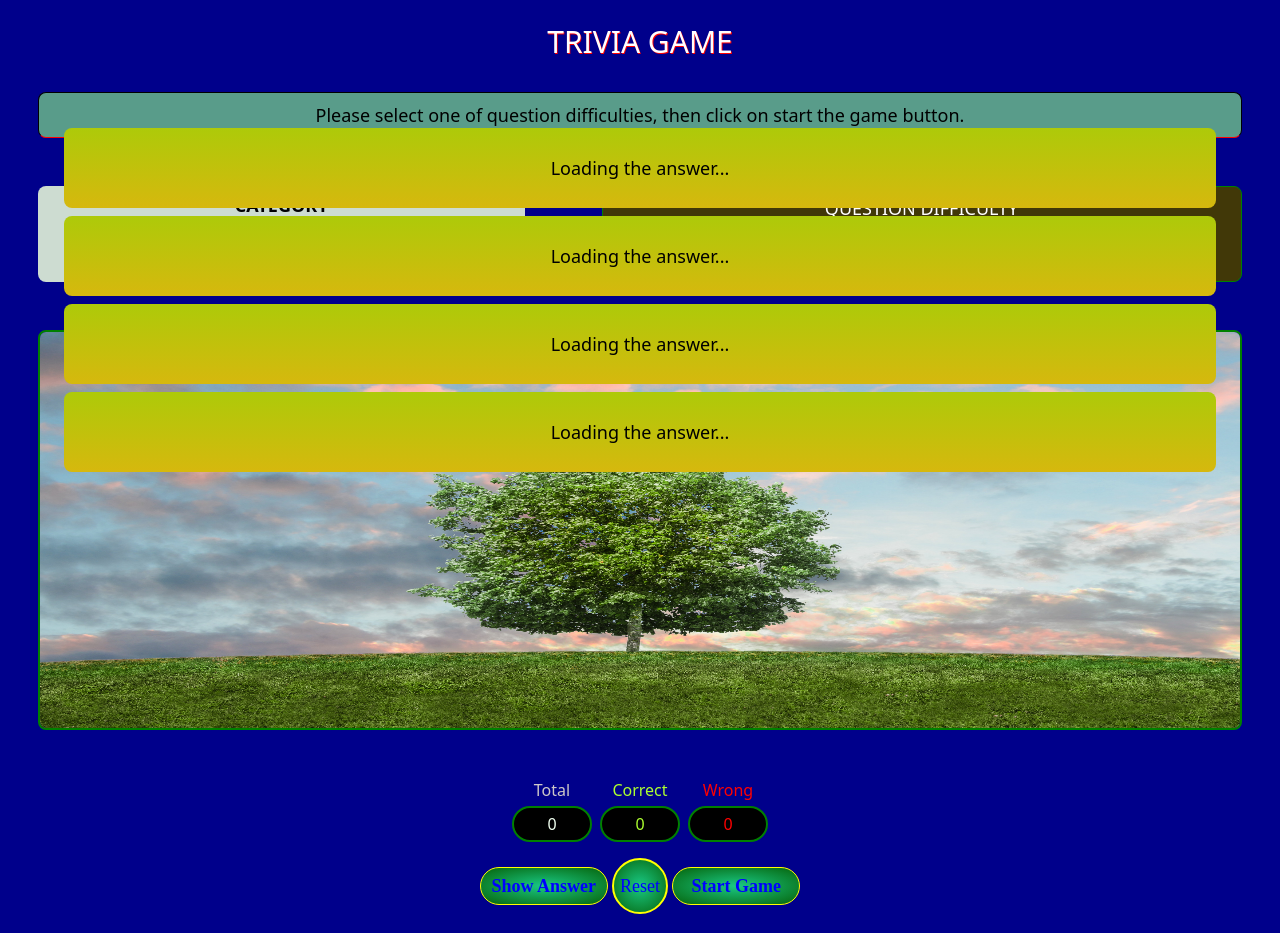
Repository: ShindanoSingi/bembe-trivia
Page: index.html
These files come from the project's save history. The page is drawn as it stood at one moment and after the next save; the edit follows.
The browser window is 1280 px wide. The pictures show the whole page.
Some web libraries are served in a nearby version.

Above is the page before, as saved 2022-09-08 01:28:34.

### index.html
<!DOCTYPE html>
<html lang="en">

    <head>
        <meta charset="UTF-8">
        <meta http-equiv="X-UA-Compatible" content="IE=edge">
        <meta name="viewport" content="width=device-width, initial-scale=1.0">
        <link rel="stylesheet" href="style.css">
        <script src="https://cdn.tailwindcss.com"></script>
        <title>Trivia Game</title>
    </head>

    <body class="">
        <div class="containerBox max-h-[100vh] my-2 flex flex-col gap-[3rem]">
            <h1 class="text-center text-3xl relative top-4" >TRIVIA GAME</h1>
            <div class="questionBox text-center w-[94vw] md:text-lg h-[6.5rem] p-2 md:p-2 mx-auto rounded-lg">
                Please select one of question difficulties, then click on start the game button.
            </div>
            <div class="category-and-difficulty-container items-center justify-around flex">
                <div class="category-container w-[38vw] md:h-[6rem] h-[4.5rem] bg-[#CDDCD1] flex items-center flex-col py-[0.3rem] rounded-lg">
                    <div class="labelCategory text-sm md:text-lg font-bold md:font-bold text-black">CATEGORY</div>
                    <div class="category text-sm md:text-lg text-center p-1 rounded-lg">
                        Loading category...
                    </div>
                </div>
                <div class="qDifficultyBox w-[50vw] pb-1 rounded-lg items-center flex h-[4.5rem] md:h-[6rem] justify-around flex-col">
                        <div id="question" class="qCat md:text-lg text-sm">QUESTION DIFFICULTY</div>
                        <div class="difficulties-container md:flex md:space-x-6 flex gap-1">
                            <button class="difficulty px-1.5 md:w-[6rem] text-sm md:text-lg rounded-full" id="easy">Easy</button>
                            <button class="difficulty md:w-[6rem] px-1.5 rounded-full md:text-lg text-sm" id="medium">Medium</button>
                            <button class="difficulty md:w-[6rem] px-1.5 text-sm md:text-lg rounded-full" id="hard">Hard</button>
                    </div>
                </div>
            </div>
            <div class="imgAndQuestions">
                <img class="w-[94vw] h-[25rem] mx-auto" src="pexels-skitterphoto-9198.jpg" alt="nature image">
                <div class="answersButtons absolute md:absolute md:bottom-[15.5rem] bottom-[17.2rem] ml-[5vw] flex space-y-2 items-center  flex-col">
                    <button class="showAnswer md:text-lg w-[90vw] p-1 absolute bottom-[17rem] mx-auto text-sm h-[5rem]">Loading the answer...</button>
                    <button class="response md:text-lg w-[90vw] p-1 text-center text-md h-[5rem]" id="response1">Loading the answer...</button>
                    <button class="response md:text-lg w-[90vw] p-1 text-md h-[5rem]" id="response2">Loading the answer...</button>
                    <button class="response md:text-lg w-[90vw] p-1 text-md h-[5rem]" id="response3">Loading the answer...</button>
                    <button class="response md:text-lg w-[90vw] p-1 text-md h-[5rem]" id="response4">Loading the answer...</button>
                    </div>
                </div>

            <div id="bottomPart" class="flex  mx-auto flex-col items-center gap-4">
                <div class="labelsAndButtons relative left-1 flex space-x-2">
                    <div class="question-number flex flex-col items-center">
                        <p class="labels pb-1" id="labelQ">Total</p>
                        <div class="bottombuttons w-[5rem] text-center py-1" id="questionNumber">0</div>
                    </div>
                    <div class="correct-answers flex flex-col items-center">
                        <p class="labels pb-1" id="labelC">Correct</p>
                        <div class="bottombuttons w-[5rem] text-center py-1" id="correct">0</div>
                    </div>
                    <div class="wrong-answers flex flex-col items-center">
                        <p class="labels pb-1" id="labelW">Wrong</p>
                        <div class="bottombuttons w-[5rem] text-center py-1" id="wrong">0</div>
                    </div>
                    <div class="timerQuestionCorrectWrong"></div>
                </div>
                <div class="threeBottomButtons">
                    <button class="w-[8rem] text-lg py-1" id="showAnswer">Show Answer</button>
                    <button class="reset text-lg p-1 w-[3.5rem] h-[3.5rem] rounded-full">Reset</button>
                    <button class="startGame text-lg w-[8rem] py-1">Start Game</button>
                </div>
            </div>
            </div>
        <script src="./script.js"></script>
    </body>
</html>

### style.css

/* iPhone 8 and smaller */

    /*  Set h1 text to red */
    h1 {
        color: #fff;
        text-shadow: 0.05rem 0.05rem red;
    }

    /* The box containing the question */
    .questionBox {
        color: rgb(0, 0, 0);
        border: 0.02rem solid;
        background-color: rgb(89, 156, 138);
        border-bottom-color: red;
    }

    /* Label for category */
    .labelCategory {
        color: white;
    }

    /* The show answer message box */
    .showAnswer {
        color: honeydew;
        visibility: hidden;
        border: 0.1rem solid green;
        border-radius: 0.5rem;
        background-color:rgb(2, 27, 3);
    }
    /*  Individual difficulty button */
    .difficulty {
        background-image: linear-gradient(rgb(16, 221, 142), rgb(4, 58, 7));
        border: 0.2rem solid rgb(21, 139, 35);
        color: white;
    }

    /*  Class containing all difficulty buttons */
    .difficulties-container {
        border-color: green;
    }
    /* The box containing difficulty buttons */
    .qDifficultyBox {
        border: 0.14vh solid green;
        background-color: rgb(65, 56, 8);
        color: white;
    }

    /* image */
    img {
        border: 0.15rem solid green;
        border-radius: 0.5rem;
    }
    /* all response buttons */
    .response {
        border-color: green;
        background-image: linear-gradient(rgb(173, 202, 9), rgb(214, 184, 14));
        color: black;
        border-radius: 0.5rem;
    }
    /* All response buttons */
    .response:hover {
        background-image: linear-gradient(rgb(32, 90, 165), rgb(72, 168, 192));
    }

    /* Show answer button */
    #showAnswer {
        color: blue;
        border: 0.54vh solid green;
        border: 0.27vh solid yellow;
        border-radius: 20rem;
        font-family: cursive;
        font-weight: bold;
        background-image: radial-gradient(rgb(25, 201, 133), rgb(6, 99, 10));
    }
    #showAnswer:hover {
        background-image: radial-gradient(rgb(201, 25, 25), rgb(93, 99, 6));
        color: white;
    }
    /* Start game button */
    .startGame {
        color: blue;
        border: 0.54vh solid green;
        border: 0.27vh solid yellow;
        border-radius: 20rem;
        font-family: cursive;
        font-weight: bold;
        background-image: radial-gradient(rgb(25, 201, 133), rgb(6, 99, 10));
    }
    /* Start game button */
    .startGame:hover {
        background-image: radial-gradient(rgb(201, 25, 25), rgb(93, 99, 6));
        color: white;
    }
    /* Reset button */
    .reset {
        color: blue;
        border: 0.5rem solid green;
        border: 0.15rem solid yellow;
        font-family: cursive;
        background-image: radial-gradient(rgb(25, 201, 133), rgb(6, 99, 10));
    }
    /* Reset button */
    .reset:hover {
        background-image: radial-gradient(rgb(201, 25, 25), rgb(93, 99, 6));
        color: white;
    }

    /* Class containing the 3 bottom labels  (total questions, correct answers and wrong answers) */
    .question-number {
        color: rgb(205, 200, 200);
    }

    .correct-answers {
        color: greenyellow;
    }

    .wrong-answers {
        color: red;
    }

    /* The bottom boxes for total question number, correct answers and wrong answers */
    .bottombuttons {
        border: 0.15rem solid green;
        background-color: black;
        color: honeydew;
        border-radius: 2rem;
    }

    /* Set the wrong anser to red */
    #wrong {
        color: rgb(255, 0, 0);
    }
    /* Set the correct anser to green */
    #correct {
        color: greenyellow;
    }

    /* Change the color when "easy" button is hovered over */
    #easy:hover {
        background-image: linear-gradient(rgb(202, 9, 9), rgb(214, 184, 14));
    }
    /* Change the color when "easy" button is hovered over */
    #medium:hover {
        background-image: linear-gradient(rgb(202, 9, 9), rgb(214, 184, 14));
    }
    /* Change the color when "easy" button is hovered over */
    #hard:hover {
        background-image: linear-gradient(rgb(202, 9, 9), rgb(214, 184, 14));
    }

    body {
      background-color: darkblue;
    }

Loaded but not shown: script.js (421 lines, source omitted)

After the next save:
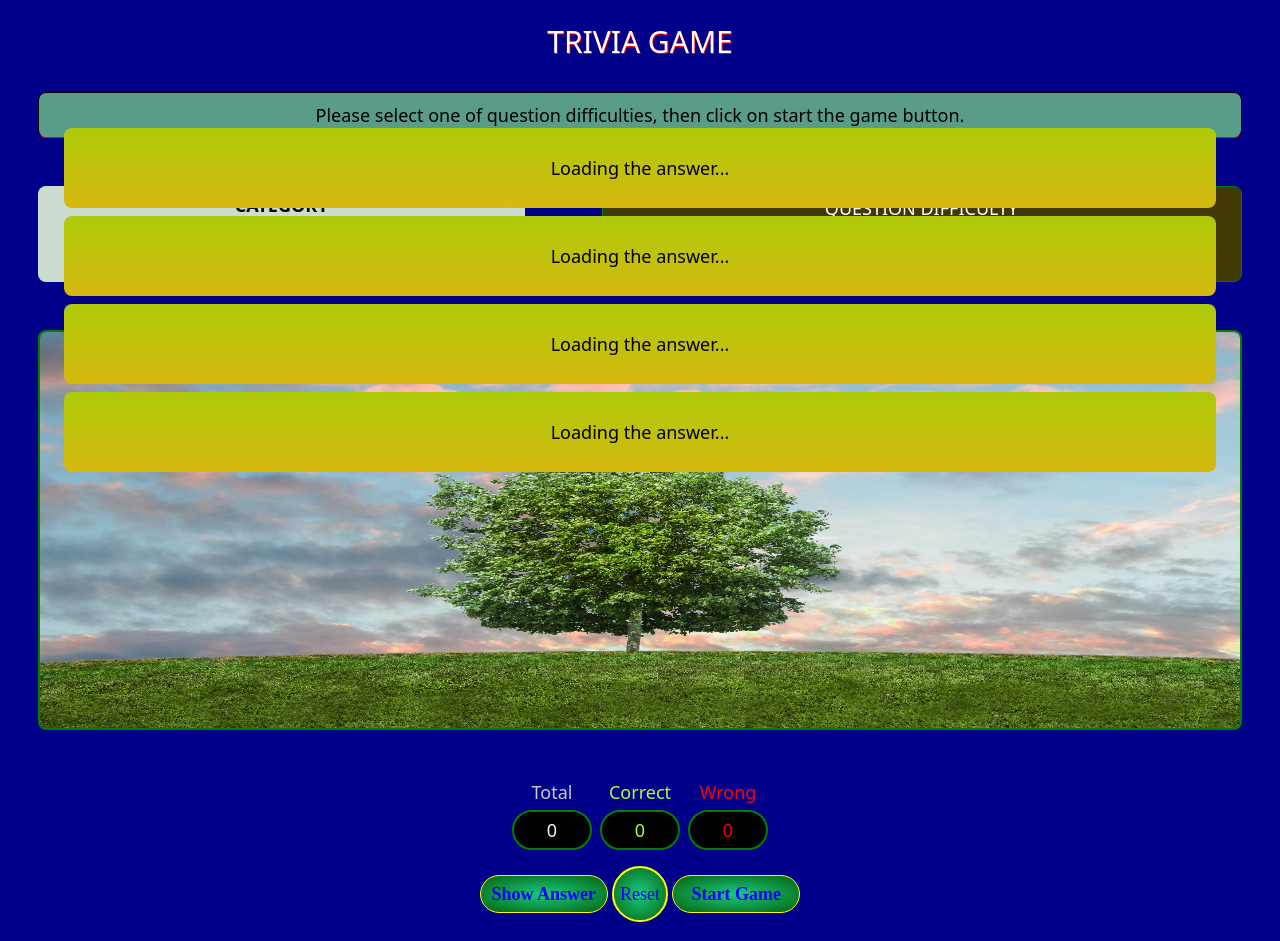
Saved 38 s later.
--- a/index.html
+++ b/index.html
@@ -46,16 +46,16 @@
             <div id="bottomPart" class="flex  mx-auto flex-col items-center gap-4">
                 <div class="labelsAndButtons relative left-1 flex space-x-2">
                     <div class="question-number flex flex-col items-center">
-                        <p class="labels pb-1" id="labelQ">Total</p>
-                        <div class="bottombuttons w-[5rem] text-center py-1" id="questionNumber">0</div>
+                        <p class="labels md:text-lg pb-1" id="labelQ">Total</p>
+                        <div class="bottombuttons md:text-lg w-[5rem] text-center py-1" id="questionNumber">0</div>
                     </div>
-                    <div class="correct-answers flex flex-col items-center">
+                    <div class="correct-answers md:text-lg flex flex-col items-center">
                         <p class="labels pb-1" id="labelC">Correct</p>
-                        <div class="bottombuttons w-[5rem] text-center py-1" id="correct">0</div>
+                        <div class="bottombuttons md:text-lg w-[5rem] text-center py-1" id="correct">0</div>
                     </div>
-                    <div class="wrong-answers flex flex-col items-center">
+                    <div class="wrong-answers md:text-lg flex flex-col items-center">
                         <p class="labels pb-1" id="labelW">Wrong</p>
-                        <div class="bottombuttons w-[5rem] text-center py-1" id="wrong">0</div>
+                        <div class="bottombuttons md:text-lg w-[5rem] text-center py-1" id="wrong">0</div>
                     </div>
                     <div class="timerQuestionCorrectWrong"></div>
                 </div>
